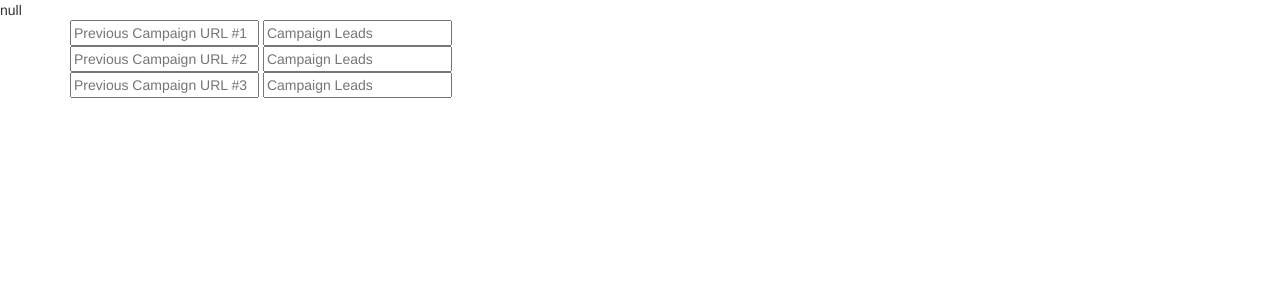
Repository: aneeshsingh/workspace
Page: http://localhost/analytics/Add_Product_Page_2.jsp
An editor plug-in stored every save of this project. The page is shown before and after the next save, followed by the edit.
The browser window is 1280 px wide. The pictures show the whole page.
The page is served by Tomcat 9. Other server files are loaded and not shown.

Above is the page before, as saved 2016-03-07 03:41:51.

### analytics/war/Add_Product_Page_2.jsp
<!DOCTYPE html>
<html class="no-js" xmlns="http://www.w3.org/1999/xhtml"
	xml:lang="en-US" lang="en-US">

<%@ page import="com.macquarie.analytics.*"%>
<%@ page import="java.util.HashMap"%>
<%@ page import="java.util.Iterator"%>
<%@ page import="java.util.Map"%>
<%@ page import="java.sql.Connection"%>
<%@page language="java" session="true"%>

<head>
<!-- Latest compiled and minified CSS -->
<link rel="stylesheet"
	href="https://maxcdn.bootstrapcdn.com/bootstrap/3.3.6/css/bootstrap.min.css">

</head>
<body>

<div><%=request.getAttribute("success") %></div>

<form action="AddProductPageOneServlet" method="post">
	<div class="container">


		<div class="row">

			<div class="col-md-12">

			<input type="text" name="previous_campaign_url_1" id="previous_campaign_url_1" placeholder="Previous Campaign URL #1">
			<input type="text" name="previous_campaign_url_leads_1" id="previous_campaign_url_leads_1" placeholder="Campaign Leads">

			</div>
		</div>

		<div class="row">

			<div class="col-md-12">

			<input type="text" name="previous_campaign_url_2" id="previous_campaign_url_2" placeholder="Previous Campaign URL #2">
			<input type="text" name="previous_campaign_url_leads_2" id="previous_campaign_url_leads_2" placeholder="Campaign Leads">
			</div>

		</div>





		<div class="row">

			<div class="col-md-12">


			<input type="text" name="previous_campaign_url_3" id="previous_campaign_url_3" placeholder="Previous Campaign URL #3">
			<input type="text" name="previous_campaign_url_leads_3" id="previous_campaign_url_leads_3" placeholder="Campaign Leads">
			</div>

		</div>





	</div>


</form>

</body>
</html>

After the next save:
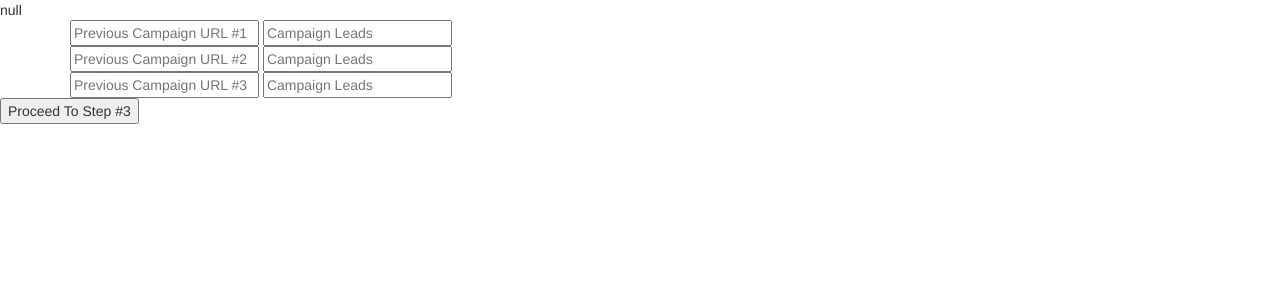
Saved 15 s later.
--- a/analytics/war/Add_Product_Page_2.jsp
+++ b/analytics/war/Add_Product_Page_2.jsp
@@ -64,6 +64,7 @@
 
 	</div>
 
+<input type="submit" value="Proceed To Step #3" />
 
 </form>
 
